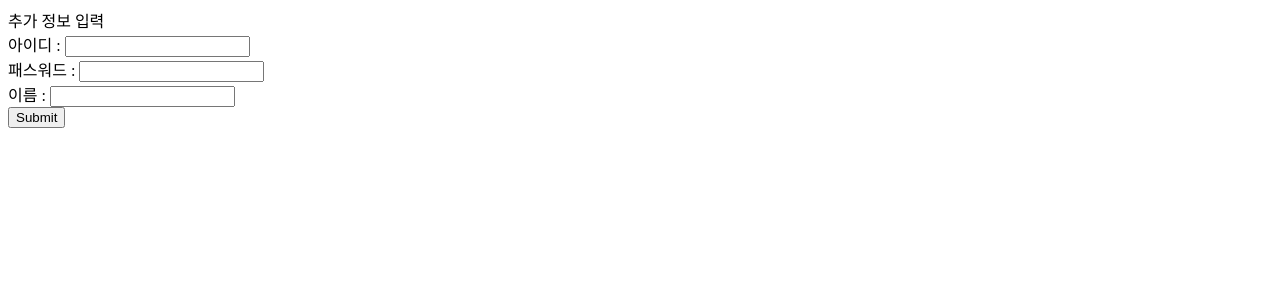
Repository: ionoffx00101/Bitworkspace
Page: http://localhost/brain/subscribe/Address.jsp
An editor plug-in stored every save of this project. The page is shown before and after the next save, followed by the edit.
The browser window is 1280 px wide. The pictures show the whole page.
The page is served by Tomcat 9. Other server files are loaded and not shown.

Above is the page before, as saved 2017-01-20 01:36:00.

### brain/WebContent/subscribe/Address.jsp
<%@ page language="java" contentType="text/html; charset=EUC-KR" pageEncoding="EUC-KR"%>
<%
	// 전 페이지에서 파라미터를 통해 보낸 값들을 받는다
	request.setCharacterEncoding("euc-kr");
	String id = request.getParameter("id");
	String password = request.getParameter("pw");
	String name = request.getParameter("name");

	// 받아 온 값을 세션에 넣어준다
	session.setAttribute("id", id);
	session.setAttribute("pw", password);
	session.setAttribute("name", name);
%>
<!DOCTYPE html PUBLIC "-//W3C//DTD HTML 4.01 Transitional//EN" "http://www.w3.org/TR/html4/loose.dtd">
<html>
<head>
<meta http-equiv="Content-Type" content="text/html; charset=EUC-KR">
<title>Insert title here</title>
</head>
<body>
추가 정보 입력
	<form action="Agreement.jsp" method="post">
	아이디 : <input type="text" name="id"><br>
	패스워드 : <input type="password" name="pw"><br>
	이름 : <input type="text" name="name"><br>
	<input type="submit">
	</form>
</body>
</html>

After the next save:
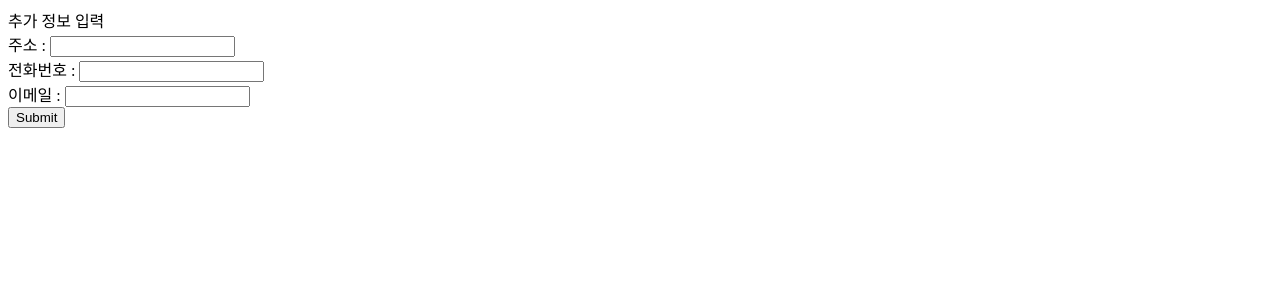
Saved 42 s later.
--- a/brain/WebContent/subscribe/Address.jsp
+++ b/brain/WebContent/subscribe/Address.jsp
@@ -20,9 +20,9 @@
 <body>
 추가 정보 입력
 	<form action="Agreement.jsp" method="post">
-	아이디 : <input type="text" name="id"><br>
-	패스워드 : <input type="password" name="pw"><br>
-	이름 : <input type="text" name="name"><br>
+	주소 : <input type="text" name="address"><br>
+	전화번호 : <input type="text" name="phone"><br>
+	이메일 : <input type="text" name="email"><br>
 	<input type="submit">
 	</form>
 </body>
